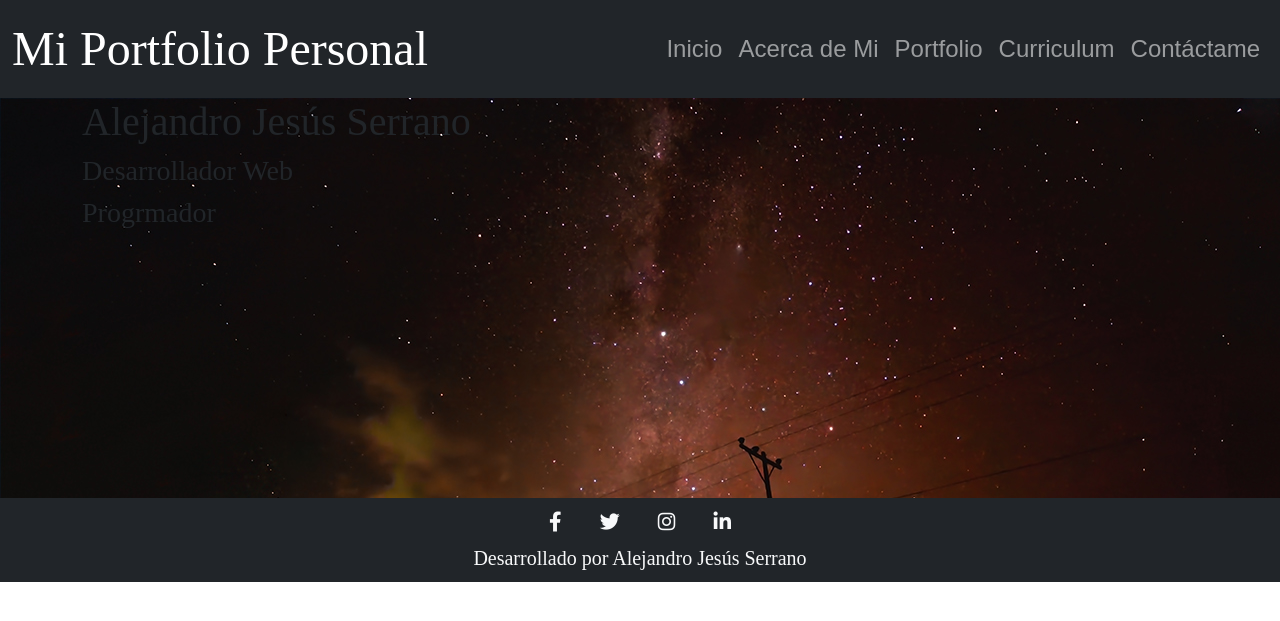
Repository: AlejandroJesusSerrano/portfolio
Page: portfolio/core/templates/core/home.html
An editor plug-in stored every save of this project. The page is shown before and after the next save, followed by the edit.
The browser window is 1280 px wide. The pictures show the whole page.
Some web fonts or font styles are not loaded; a fallback is used. The template is drawn by Django 4.2. The application's start-up code is not run. Other server files are loaded and not shown. The template is opened directly, without the code that normally fills it, so the values that code supplies are empty.

Above is the page before, as saved 2023-09-06 09:02:57.

### portfolio/core/templates/core/home.html
{% extends 'core/base.html' %}
{% load static %}

{% block title %} Inicio {% endblock title %}

<!-- header -->
{% block content %}
<div class="home bkg-img">
  <div class="container">
    <div class="row">
      <div class="col-12 brand">
        <div>
          <h1>Alejandro Jesús Serrano</h1>
        </div>
        <div>
          <h3>Desarrollador Web</h3>
        </div>
        <div>
          <h3>Progrmador</h3>
        </div>
      </div>
    </div>
  </div>
</div>
{% endblock content %}

### portfolio/core/templates/core/base.html
{% load static %}

<!DOCTYPE html>
<html lang="en">

<head>
  <meta charset="UTF-8">
  <meta name="viewport" content="width=device-width, initial-scale=1.0">
  <link rel="stylesheet" href={% static 'lib/bootstrap-5.2/css/bootstrap.min.css' %}>
  <link rel="stylesheet" href={% static 'lib/fontawesome-6.4.2/css/all.min.css' %}>
  <link rel="stylesheet" href={% static 'css/styles.css' %}>
  <title>Portafolio Personal - {% block title %} {% endblock title %}</title>
</head>

<body>
  <!-- HEADER -->
  <nav class="navbar navbar-expand-lg navbar-dark bg-dark">
    <div class="container-fluid">
      <a class="navbar-brand brand" href={% url 'home' %}>Mi Portfolio Personal</a>
      <button class="navbar-toggler" type="button" data-bs-toggle="collapse" data-bs-target="#navbarNav"
        aria-controls="navbarNav" aria-expanded="false" aria-label="Toggle navigation">
        <span class="navbar-toggler-icon"></span>
      </button>
      <div class="collapse navbar-collapse" id="navbarNav">
        <ul class="navbar-nav nav_menu ms-auto">
          <li class="nav-item">
            <a class="nav-link" aria-current="page" href={% url 'home' %}>Inicio</a>
          </li>
          <li class="nav-item">
            <a class="nav-link" href={% url 'about' %}>Acerca de Mi</a>
          </li>
          <li class="nav-item">
            <a class="nav-link" href={% url 'portfolio' %}>Portfolio</a>
          </li>
          <li class="nav-item">
            <a class="nav-link" href={% url 'curriculum' %}>Curriculum</a>
          </li>
          <li class="nav-item">
            <a class="nav-link" href={% url 'contact' %}>Contáctame</a>
          </li>
        </ul>
      </div>
    </div>
  </nav>

  <!-- CONTENT - Template Tags -->

  {% block content %} {%endblock content%}

  <div class="mb-0">
    <footer class="bg-dark text-center text-light">
      <section>
        <div class="container">
          <a class="btn btn-link btn-floating btn-lg text-light" href="#" role="button">
            <i class="fab fa-facebook-f"></i>
          </a>
          <a class="btn btn-link btn-floating btn-lg text-light" href="#" role="button">
            <i class="fab fa-twitter"></i>
          </a>
          <a class="btn btn-link btn-floating btn-lg text-light" href="#" role="button">
            <i class="fab fa-instagram"></i>
          </a>
          <a class="btn btn-link btn-floating btn-lg text-light" href="#" role="button">
            <i class="fab fa-linkedin-in"></i>
          </a>
        </div>
        <div class="container">
          <div class="pb-1">
            <h5 class="develop">Desarrollado por Alejandro Jesús Serrano</h5>
          </div>
        </div>
      </section>
    </footer>
  </div>
  <!-- End of .container -->

  <script src={% static 'lib/bootstrap-5.2/js/bootstrap.min.js' %}></script>
  <script src={% static 'lib/fontawesome-6.4.2/js/all.min.js' %}></script>
</body>

</html>

### portfolio/static/css/styles.css
@import url("https://fonts.googleapis.com/css2?family=Arima:wght@500;700&family=Average+Sans&family=Mulish:ital,wght@0,400;0,500;0,700;1,400;1,500;1,700&display=swap");

* {
  margin: 0;
  padding: 0;
  box-sizing: border-box;
}

.brand {
  font-family: "Arima", cursive;
  font-size: 3rem;
}

.nav_menu {
  font-family: "Average Sans", sans-serif;
  font-size: 1.5rem;
}

.develop {
  font-family: "Arima", cursive;
  font-size: 1.25rem;
}

.home {
  background-image: url(../img/sancarlos_noche_web.jpg);
  width: 100%;
  height: 25rem;
}

.img-bkg {
  background-position: center center;
  min-height: 60vh;
  background-attachment: scroll;
  background-size: cover;
  background-repeat: no-repeat;
}

Loaded but not shown: portfolio/static/lib/bootstrap-5.2/css/bootstrap.min.css (library); portfolio/static/lib/fontawesome-6.4.2/css/all.min.css (library); portfolio/static/lib/bootstrap-5.2/js/bootstrap.min.js (library)

After the next save:
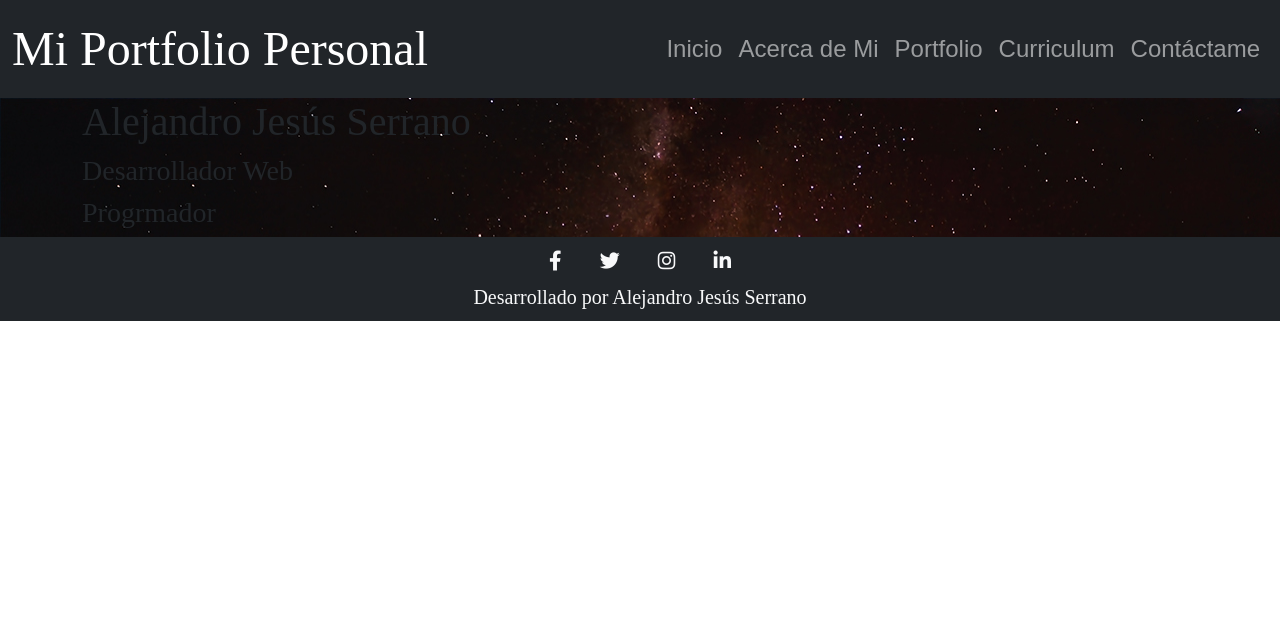
Saved 16 s later.
--- a/portfolio/static/css/styles.css
+++ b/portfolio/static/css/styles.css
@@ -24,7 +24,6 @@
 .home {
   background-image: url(../img/sancarlos_noche_web.jpg);
   width: 100%;
-  height: 25rem;
 }
 
 .img-bkg {
